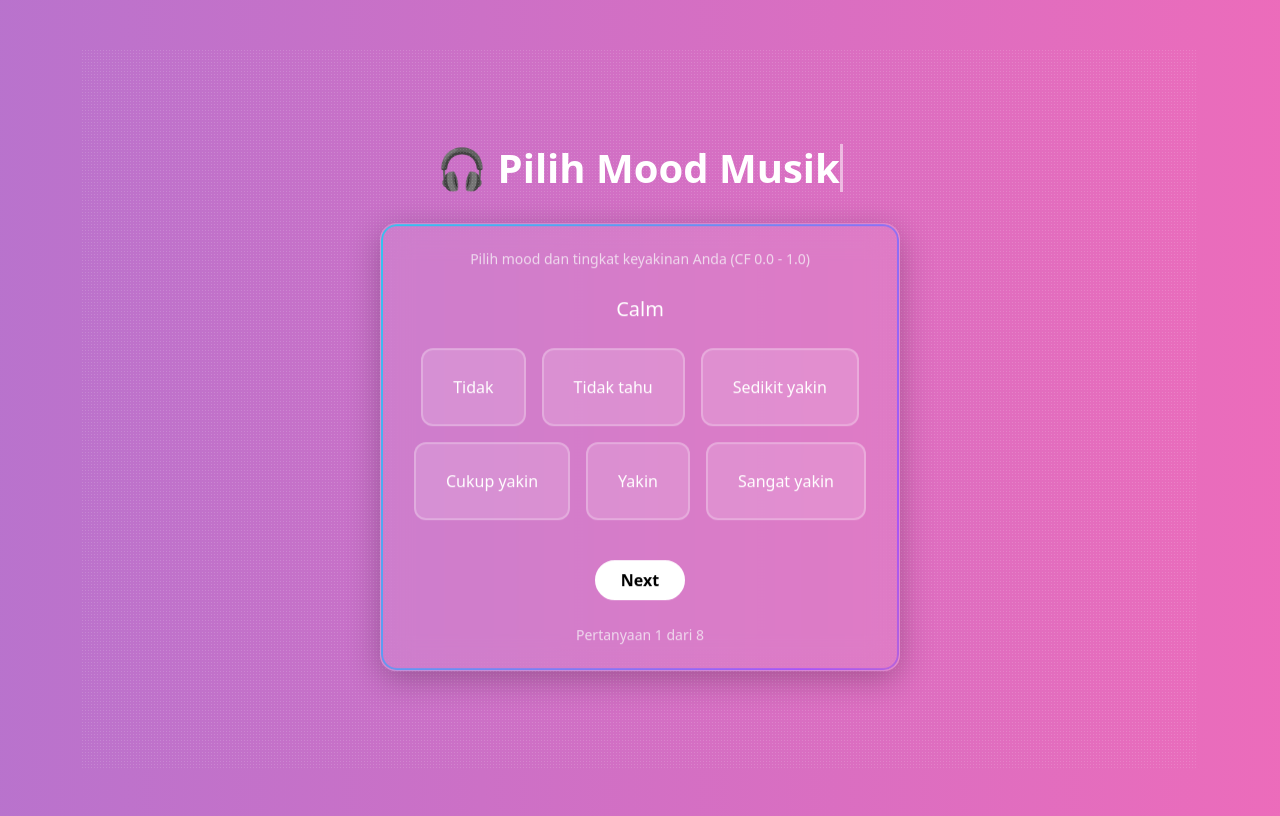
Repository: Graceagt/musicrec
Page: http://localhost/music
An editor plug-in stored every save of this project. The page is shown before and after the next save, followed by the edit.
The browser window is 1280 px wide. The pictures show the whole page.
The page is served by the project's Laravel application, run on PHP 8.4 with Laravel 10.

Above is the page before, as saved 2025-12-10 19:36:52.

After the next save:
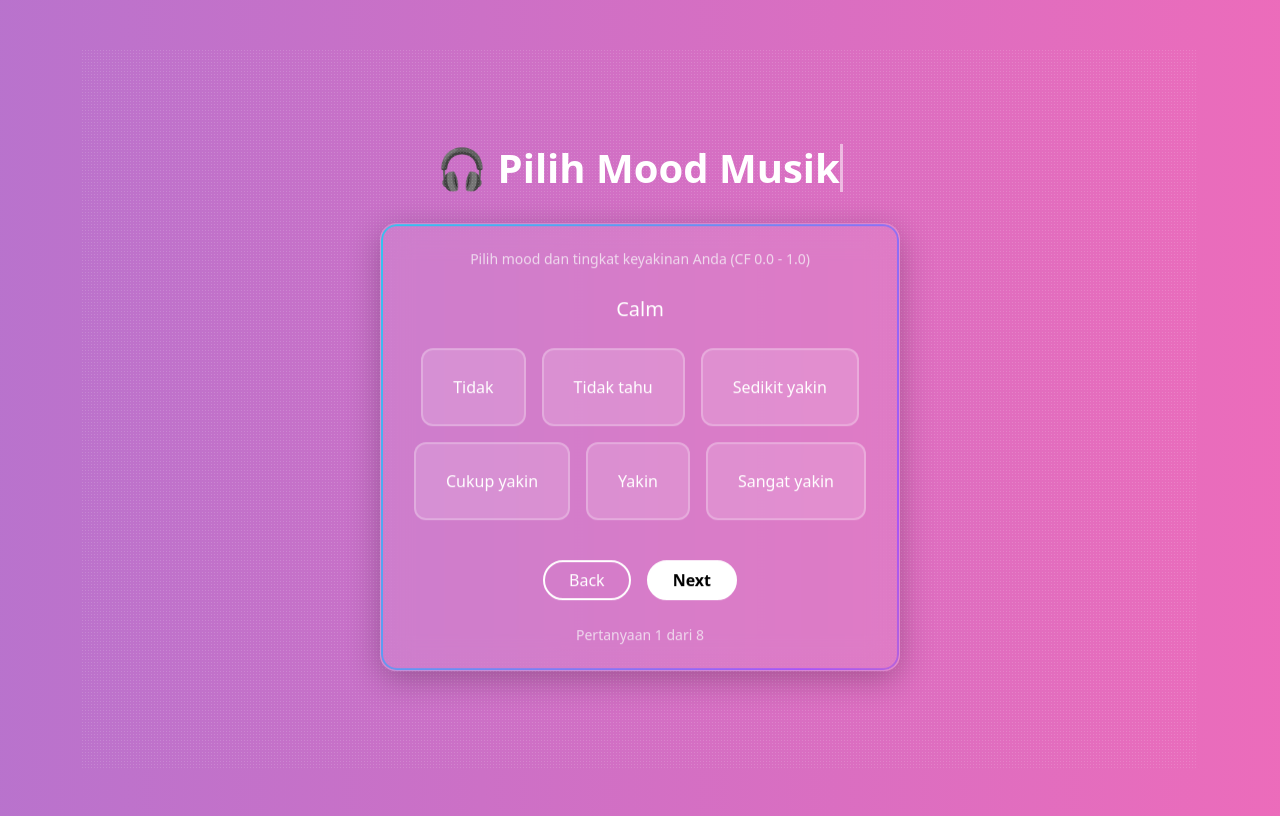
Console error: SyntaxError: Unexpected token '<'
Saved 2 min 17 s later.
--- a/resources/views/music-expert.blade.php
+++ b/resources/views/music-expert.blade.php
@@ -115,6 +115,18 @@
 
     updateSlidePosition();
 });
+
+<select id="mySelect" class="form-select">
+    <option value="">-- Pilih opsi --</option>
+    <option value="1">Opsi 1</option>
+    <option value="2">Opsi 2</option>
+</select>
+
+<button onclick="cekPilihan()" class="btn btn-primary mt-3">Submit</button>
+
+<p id="warningMsg" style="color: #ff4d4d; font-weight: 600; margin-top: 10px; display: none;">
+    ⚠️ Silakan pilih opsi terlebih dahulu.
+</p>
 </script>
 
 <!-- ====================== STYLE ====================== -->

After the save that followed:
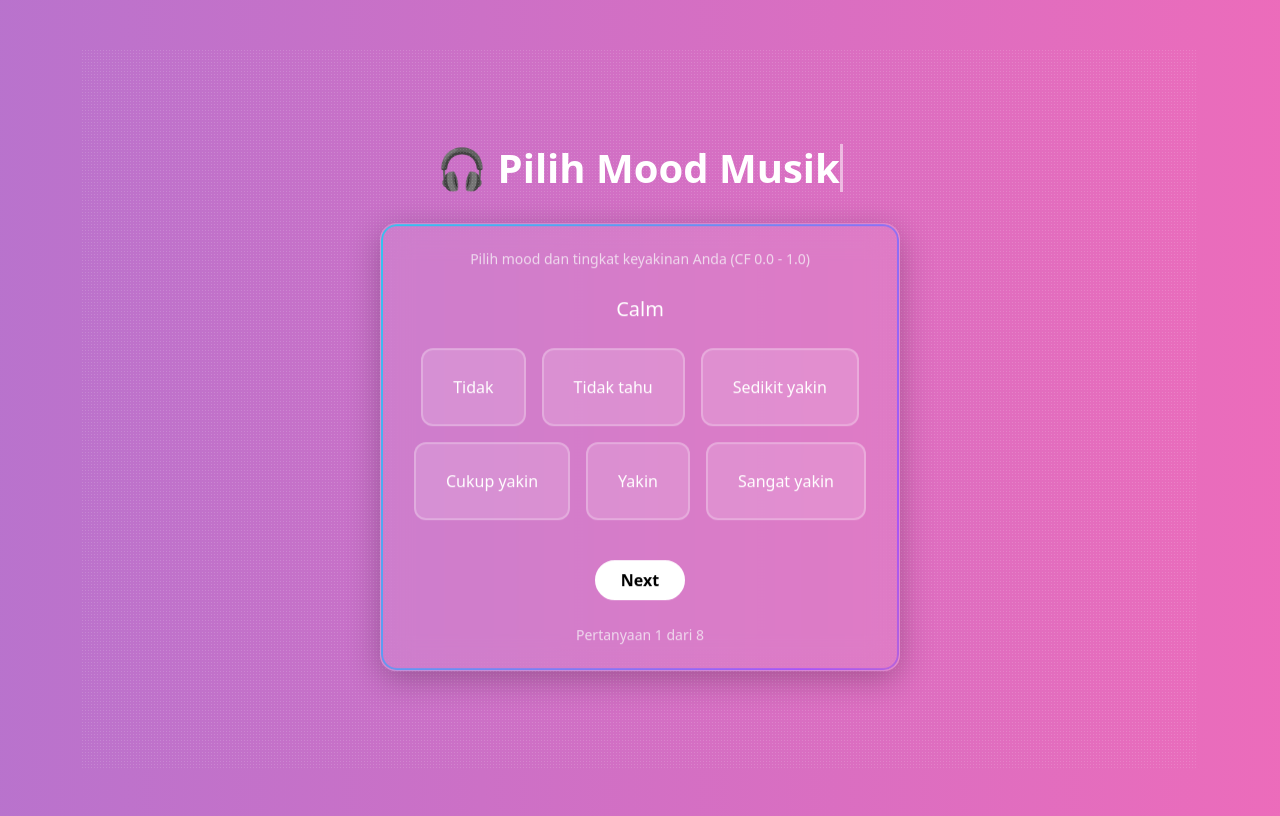
The error is gone.
Saved 36 s later.
--- a/resources/views/music-expert.blade.php
+++ b/resources/views/music-expert.blade.php
@@ -116,17 +116,7 @@
     updateSlidePosition();
 });
 
-<select id="mySelect" class="form-select">
-    <option value="">-- Pilih opsi --</option>
-    <option value="1">Opsi 1</option>
-    <option value="2">Opsi 2</option>
-</select>
-
-<button onclick="cekPilihan()" class="btn btn-primary mt-3">Submit</button>
-
-<p id="warningMsg" style="color: #ff4d4d; font-weight: 600; margin-top: 10px; display: none;">
-    ⚠️ Silakan pilih opsi terlebih dahulu.
-</p>
+
 </script>
 
 <!-- ====================== STYLE ====================== -->
